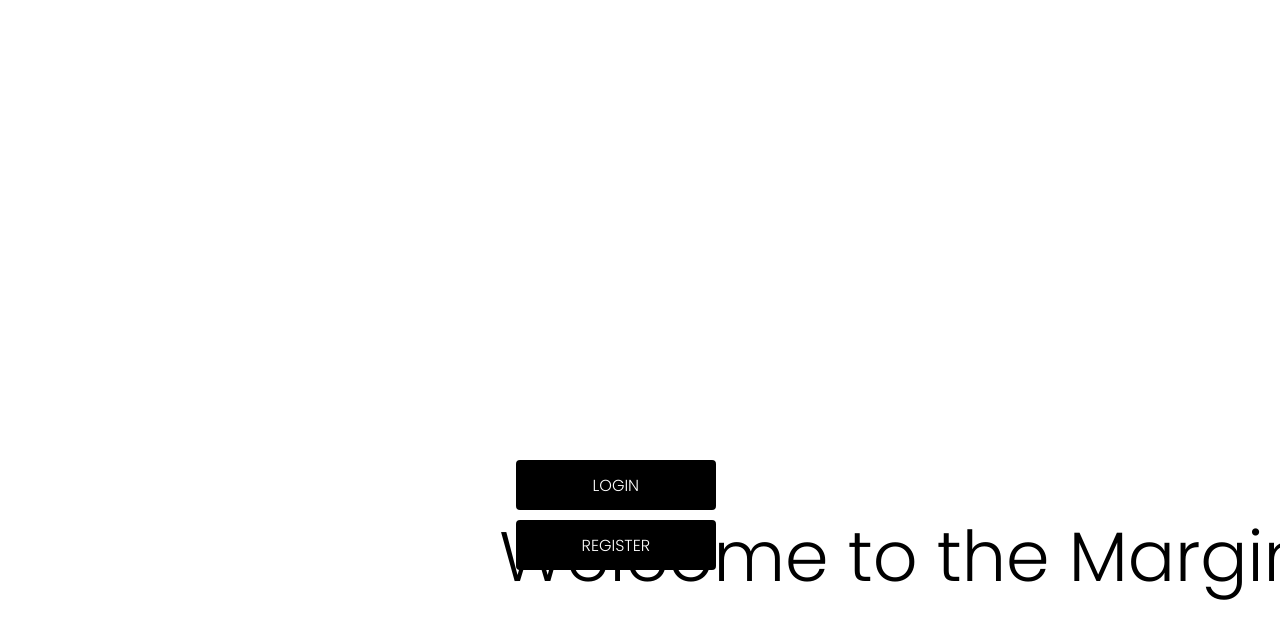
Repository: vu9ar/vu9ar.github.io
Page: WelcomePage/welcome.html
The author's editor kept a copy of each file at every save. The page is drawn from the files as they stood at one save, then again after the next save.
The browser window is 1280 px wide. The pictures show the whole page.

Above is the page before, as saved 2022-03-27 19:36:35.

After the next save:
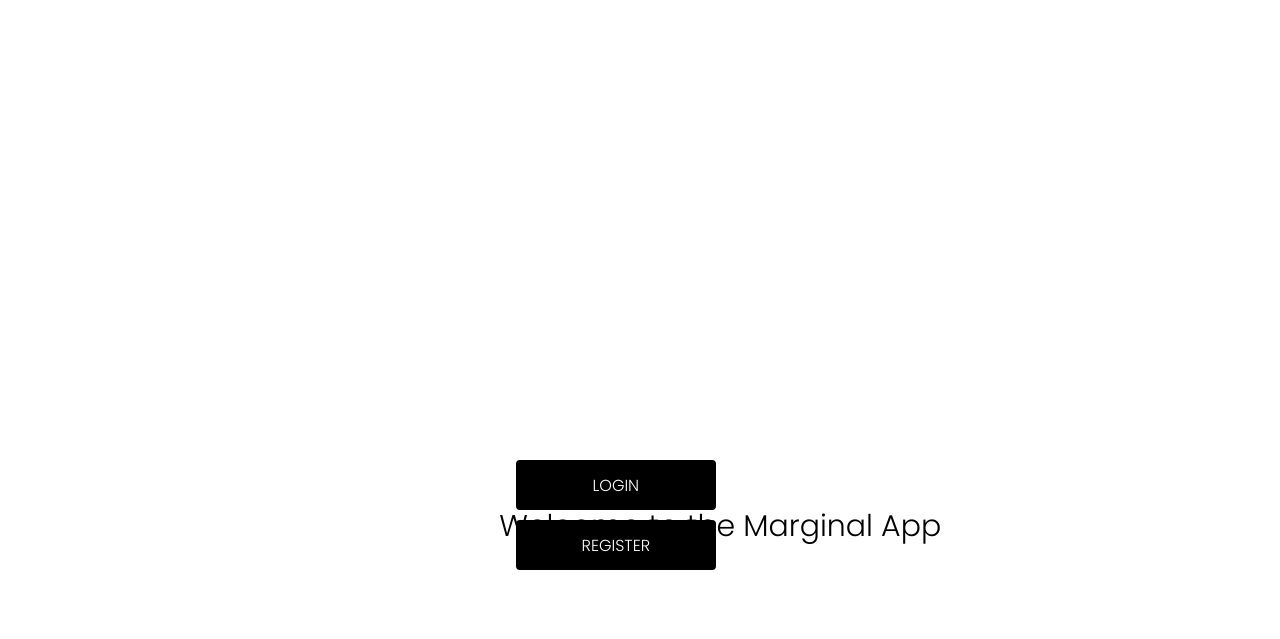
Saved 11 s later.
--- a/WelcomePage/style.css
+++ b/WelcomePage/style.css
@@ -96,5 +96,5 @@
     margin-left: 39%;
     width: 100%;
     height: 60px;
-    font-size: 70px;
+    font-size: 30px;
 }
